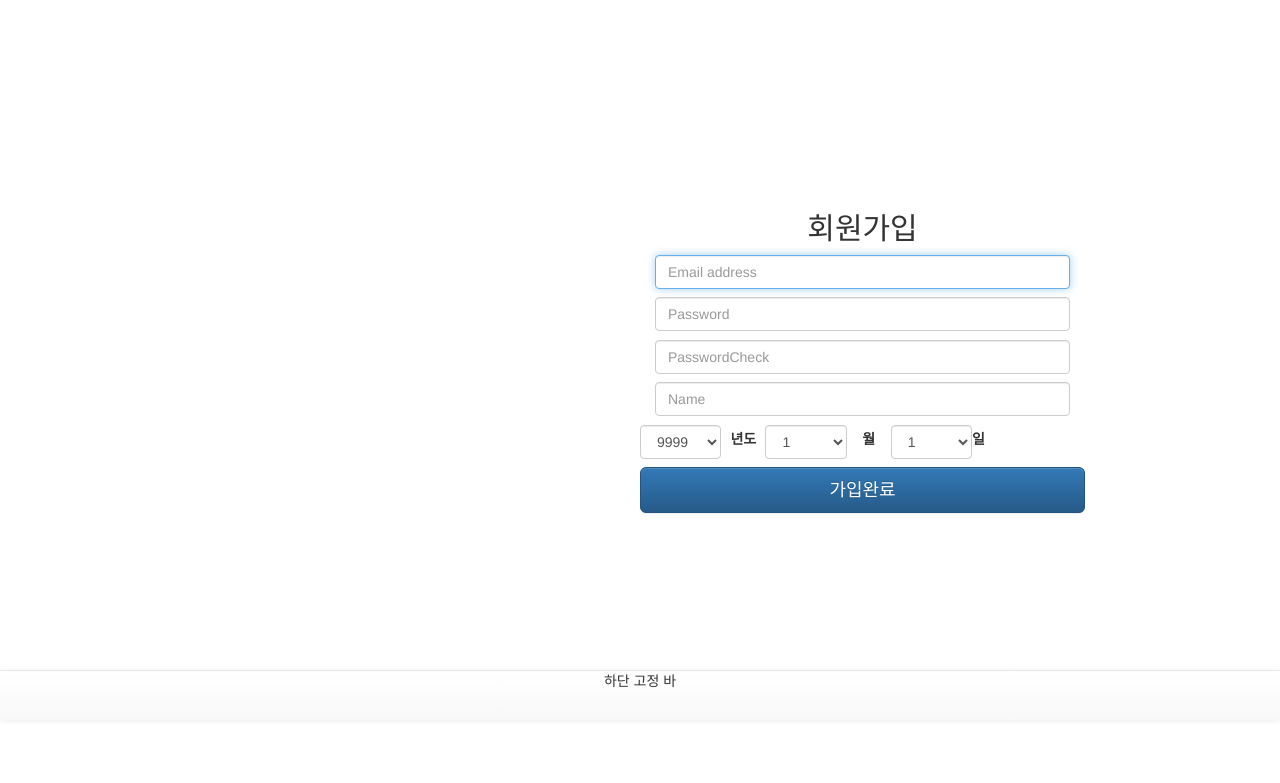
Repository: hrhwbp/Acorn-Final-Project
Page: http://localhost/final_project/index.jsp
The author's editor kept a copy of each file at every save. The page is drawn from the files as they stood at one save, then again after the next save.
The browser window is 1280 px wide. The pictures show the whole page.
Some web libraries are served in a nearby version. The page is served by Tomcat 9. Nobody is signed in. The application's start-up code is not run. Other server files are loaded and not shown.

Above is the page before, as saved 2016-10-26 06:36:27.

### final_project/src/main/webapp/index.jsp
<%@ page language="java" contentType="text/html; charset=UTF-8"
	pageEncoding="UTF-8"%>
<!DOCTYPE html">
<html>
<head>
<meta http-equiv="Content-Type" content="text/html; charset=UTF-8">
<title>REMIND</title>
<!-- 합쳐지고 최소화된 최신 CSS -->
<link rel="stylesheet"
	href="https://maxcdn.bootstrapcdn.com/bootstrap/3.3.2/css/bootstrap.min.css">
<!-- 부가적인 테마 -->
<link rel="stylesheet"
	href="https://maxcdn.bootstrapcdn.com/bootstrap/3.3.2/css/bootstrap-theme.min.css">
<style type="text/css">
.top_pd {
	padding-top: 2%;
}

.bottom_pd {
	padding-bottom: 2%;
}

.main_pd {
	padding-top: 15%;
	padding-bottom: 20%;
}

.lbl_pd{
	padding-top: 3%
}
</style>
<!-- 합쳐지고 최소화된 최신 자바스크립트 -->
<script
	src="https://ajax.googleapis.com/ajax/libs/jquery/3.1.1/jquery.min.js"></script>
<script
	src="https://maxcdn.bootstrapcdn.com/bootstrap/3.3.2/js/bootstrap.min.js"></script>
</head>
<body class="center-block()">
	<div class="container main_pd">
		<div class="container col-md-5 col-md-offset-1"></div>
		<div class="container col-md-5">
			<div class="row col-md-12 hide">
				<form class="form-signin">
					<h2 class="form-signin-heading text-center">로그인</h2>
					<div class="row">
						<label for="inputEmail" class="sr-only">Email address</label> <input
							type="email" id="inputEmail" class="form-control"
							placeholder="Email address" required autofocus>
					</div>
					<div class="row top_pd bottom_pd">
						<label for="inputPassword" class="sr-only">Password</label> <input
							type="password" id="inputPassword" class="form-control"
							placeholder="Password" required>
					</div>

					<button class="btn btn-lg btn-primary btn-block" type="submit">로그인</button>
				</form>
				<button class="btn btn-lg btn-primary btn-block" type="button">회원가입</button>
			</div>
			<div class="row col-md-12">
				<form class="form-signin">
					<h2 class="form-signin-heading text-center">회원가입</h2>
					<div class="row-md-12">
						<label for="inputEmail" class="sr-only">Email address</label> <input
							type="email" id="inputEmail" class="form-control"
							placeholder="Email address" required autofocus>
					</div>
					<div class="row-md-12 top_pd">
						<label for="inputPassword" class="sr-only">Password</label> <input
							type="password" id="inputPassword" class="form-control"
							placeholder="Password" required>
					</div>
					<div class="row-md-12 top_pd">
						<label for="passwordCheck" class="sr-only">PasswordCheck</label> <input
							type="password" id="passwordCheck" class="form-control"
							placeholder="PasswordCheck" required>
					</div>
					<div class="row-md-12 top_pd">
						<label for="inputName" class="sr-only">Name</label> <input
							type="text" class="form-control" id="inputName"
							placeholder="Name" required>
					</div>
					<div class="row">


					<div class="row col-md-3 top_pd">
						<select class="form-control">
							<option>9999</option>
							<option>2</option>
							<option>3</option>
							<option>4</option>
							<option>1115</option>
						</select>
					</div>
					<div class="row col-md-2 lbl_pd text-center">
						<label class="">년도</label>
					</div>
					<div class="row col-md-3 top_pd">
						<select class="form-control">
							<option>1</option>
							<option>2</option>
							<option>3</option>
							<option>4</option>
							<option>10</option>
						</select>
					</div>
					<div class="row col-md-2 lbl_pd text-center">
						<label class="">월</label>
					</div>
					<div class="row col-md-3 top_pd">
						<select class="form-control">
							<option>1</option>
							<option>2</option>
							<option>3</option>
							<option>4</option>
							<option>10</option>
						</select>
					</div>
					<div class="row col-md-1 lbl_pd text-center">
						<label class="">일</label>
					</div>
					</div>


					<div class="row top_pd">
						<button class="btn btn-lg btn-primary btn-block" type="submit">가입완료</button>
					</div>

				</form>

			</div>
		</div>
	</div>
	<%@include file="bottom.jsp"%>
</body>
</html>

### final_project/src/main/webapp/bottom.jsp
<%@ page language="java" contentType="text/html; charset=UTF-8"
    pageEncoding="UTF-8"%>
<!DOCTYPE html PUBLIC "-//W3C//DTD HTML 4.01 Transitional//EN" "http://www.w3.org/TR/html4/loose.dtd">
<html>
<head>
<meta http-equiv="Content-Type" content="text/html; charset=UTF-8">
<title>Insert title here</title>
</head>
<body>
<nav class="navbar navbar-default navbar-fixed-bottom">
  <div class="container">
  	<div class="row text-center">
  	 	하단 고정 바
  	</div>
  </div>
</nav>
</body>
</html>

After the next save:
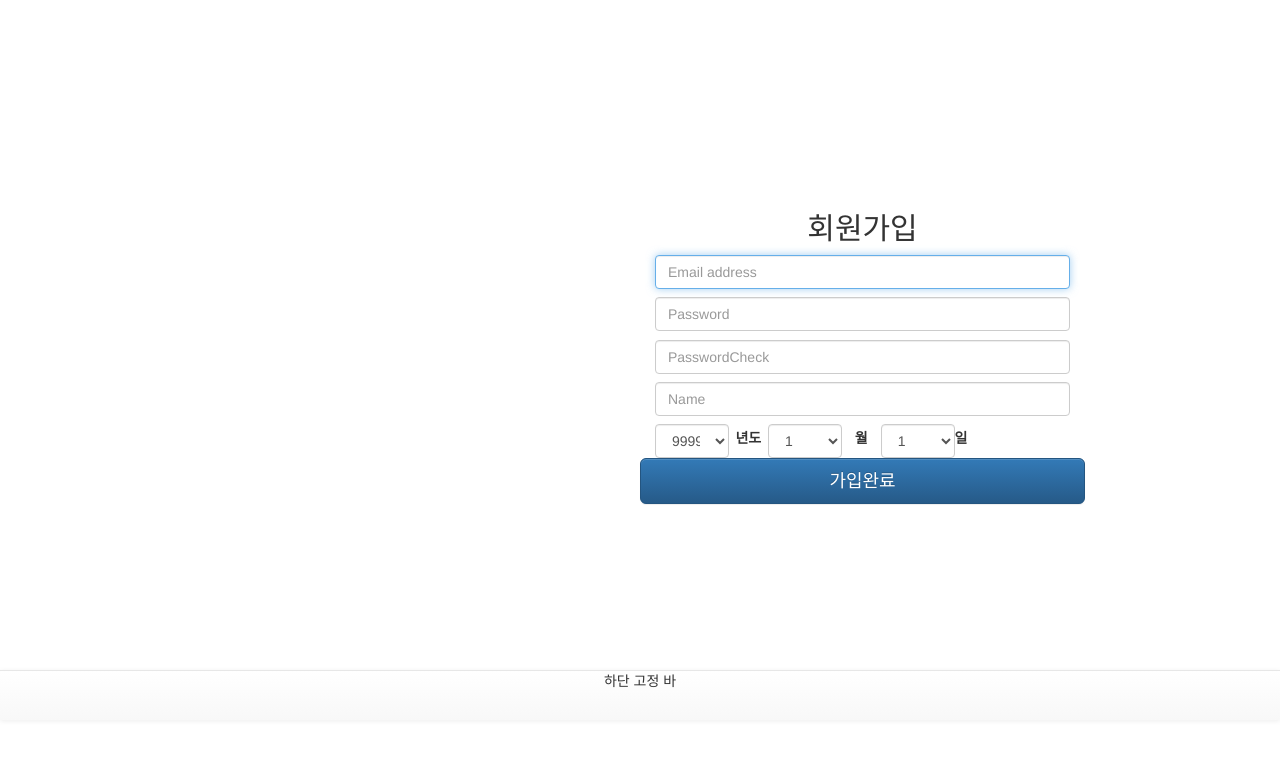
Saved 15 s later.
--- a/final_project/src/main/webapp/index.jsp
+++ b/final_project/src/main/webapp/index.jsp
@@ -80,7 +80,7 @@
 							type="text" class="form-control" id="inputName"
 							placeholder="Name" required>
 					</div>
-					<div class="row">
+					<div class="row-md-12">
 
 
 					<div class="row col-md-3 top_pd">
